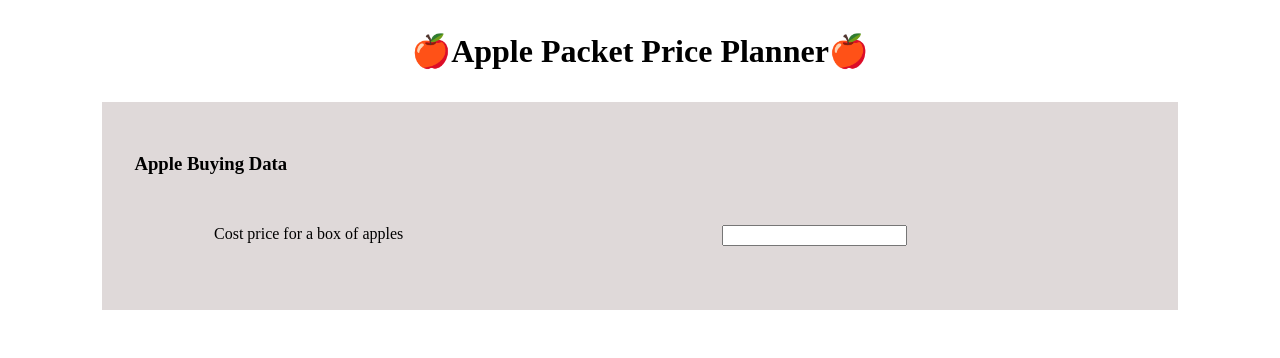
Repository: lasity34/apple-packet-price-planner
Page: index.html
An editor plug-in stored every save of this project. The page is shown before and after the next save, followed by the edit.
The browser window is 1280 px wide. The pictures show the whole page.

Above is the page before, as saved 2023-05-29 09:31:55.

### index.html
<!DOCTYPE html>
<html lang="en">
<head>
    <meta charset="UTF-8">
    <meta http-equiv="X-UA-Compatible" content="IE=edge">
    <meta name="viewport" content="width=device-width, initial-scale=1.0">
    <title>Apple Packet Price Planner</title>
    <link href="./style.css" rel="stylesheet" >
</head>
<body>
    <h1>🍎Apple Packet Price Planner🍎</h1>
    <main>
        <h3>Apple Buying Data</h3>
        <section class="input_section">
            <div class="input_container">
                <label for="apple_price">Cost price for a box of apples</label><br />
                <input
                  type="number"
                  id="apple_price"
                  name="apple_price"
                  required
                /><br />
              </div>
        </section>
    </main>
</body>
<script src="./apple-factory.js"></script>
<script src="./apple-dom.js"></script>
</html>

### style.css

h1 {
    text-align: center;
    margin: 1em;
}

main {
    background-color: rgb(223, 217, 217);
    margin: 0 auto;
    padding: 2em;
    width: 80%;
}

.input_section {
    padding: 2em 0;
}

.input_container {
    display: flex;
    justify-content: space-around;
}

Loaded but not shown: apple-dom.js (no copy from this time; the picture is the same without it); apple-factory.js (no copy from this time; the picture is the same without it)

After the next save:
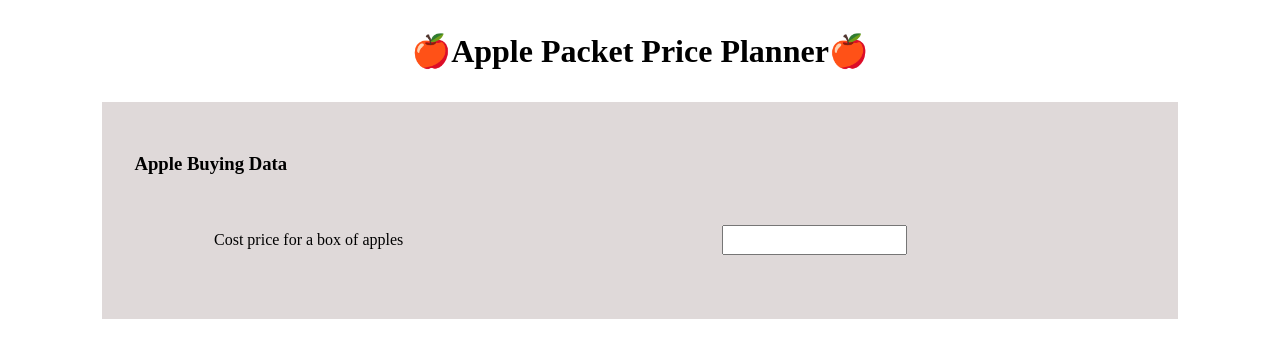
Saved 84 s later.
--- a/style.css
+++ b/style.css
@@ -18,4 +18,10 @@ main {
 .input_container {
     display: flex;
     justify-content: space-around;
+
+    height: 30px;
 }
+
+.input_container label {
+   align-self: center;
+}
